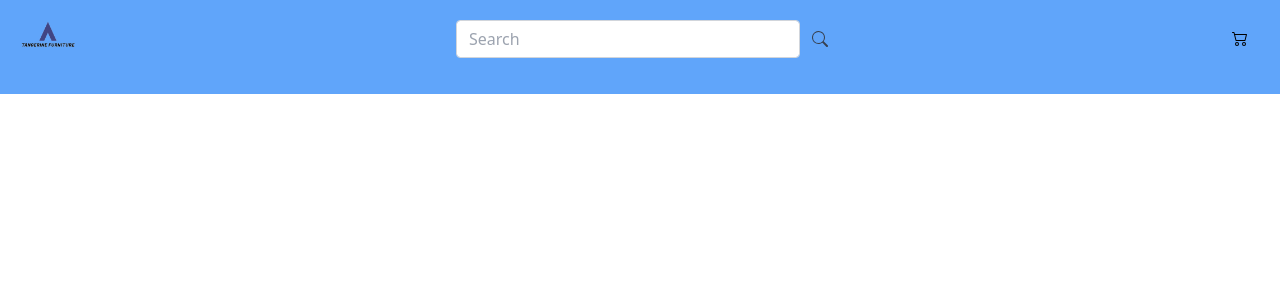
Repository: DevLaukey/Jitu-final
Page: / (app in frontend/)
An editor plug-in stored every save of this project. The page is shown before and after the next save, followed by the edit.
The browser window is 1280 px wide. The pictures show the whole page.
The project was rebuilt for these pictures with package versions that can differ from the ones it lists, and the page was loaded fresh each time.

Above is the page before, as saved 2022-07-13 13:08:14.

### frontend/src/index.js
import React from 'react';
import ReactDOM from 'react-dom/client';
import './index.css';
import App from './App';
import {store } from './redux/store';
import {Provider} from 'react-redux';
const root = ReactDOM.createRoot(document.getElementById('root'));
root.render(
  <Provider store={store}>
    <App />
  </Provider>
);

### frontend/src/App.js
import Navbar from "./components/Navbar";

function App() {
  return (
    <div className="">
    <Navbar />
    </div>
  );
}

export default App;

### frontend/src/components/Navbar.js
import React from "react";
import logo from "./free-logo-24a54uqo7g-d1y96agntq-removebg-preview.png";
import {  BsCart2, BsSearch } from "react-icons/bs";
function Navbar() {
  return (
    <header className="flex justify-between align-middle  p-5 bg-blue-400">
      <div className="">
        <img
          onClick={() => {
            console.log("clicked");
          }}
          className="h-15 w-14"
          src={logo}
          alt=""
          srcset=""
        />
      </div>
      <div class="flex justify-center">
        <div class="xl:w-96">
          <div class="input-group relative flex  items-stretch w-full mb-4 rounded">
            <input
              type="search"
              class="form-control relative flex-auto min-w-0 block w-full px-3 py-1.5 text-base font-normal text-gray-700 bg-clip-padding border border-solid border-gray-300 rounded transition ease-in-out m-0 focus:text-gray-700 focus:bg-white focus:border-blue-600 focus:outline-none"
              placeholder="Search"
              aria-label="Search"
              aria-describedby="button-addon2"
            />
            <span
              class="input-group-text flex items-center px-3 py-1.5 text-base font-normal text-gray-700 text-center whitespace-nowrap rounded"
              id="basic-addon2"
            >
              <BsSearch />
            </span>
          </div>
        </div>
      </div>
      <div class="items-center px-3 py-2.5  text-center whitespace-nowrap rounded">
        <BsCart2 />
      </div>
    </header>
  );
}

export default Navbar;

Loaded but not shown: frontend/public/index.html (common file); frontend/src/index.css (common file); frontend/src/redux/store.js (common file); frontend/tailwind.config.js (common file)

After the next save:
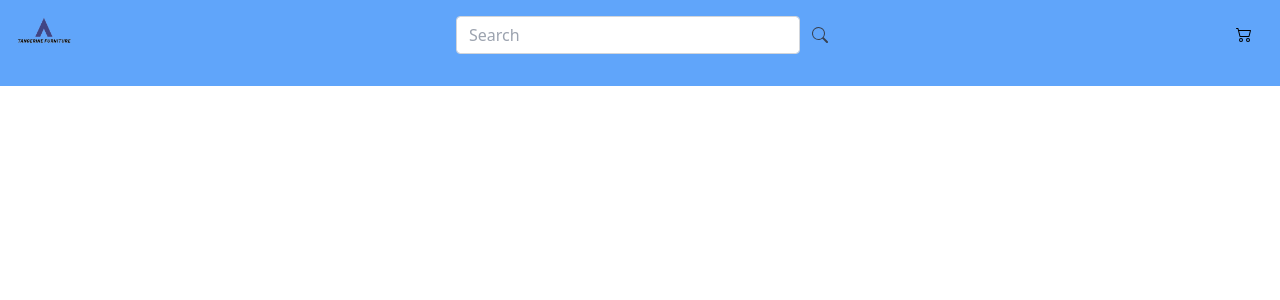
Saved 24 s later.
--- a/frontend/src/components/Navbar.js
+++ b/frontend/src/components/Navbar.js
@@ -3,7 +3,7 @@ import logo from "./free-logo-24a54uqo7g-d1y96agntq-removebg-preview.png";
 import {  BsCart2, BsSearch } from "react-icons/bs";
 function Navbar() {
   return (
-    <header className="flex justify-between align-middle  p-5 bg-blue-400">
+    <header className="flex justify-between align-middle  p-4 bg-blue-400">
       <div className="">
         <img
           onClick={() => {
